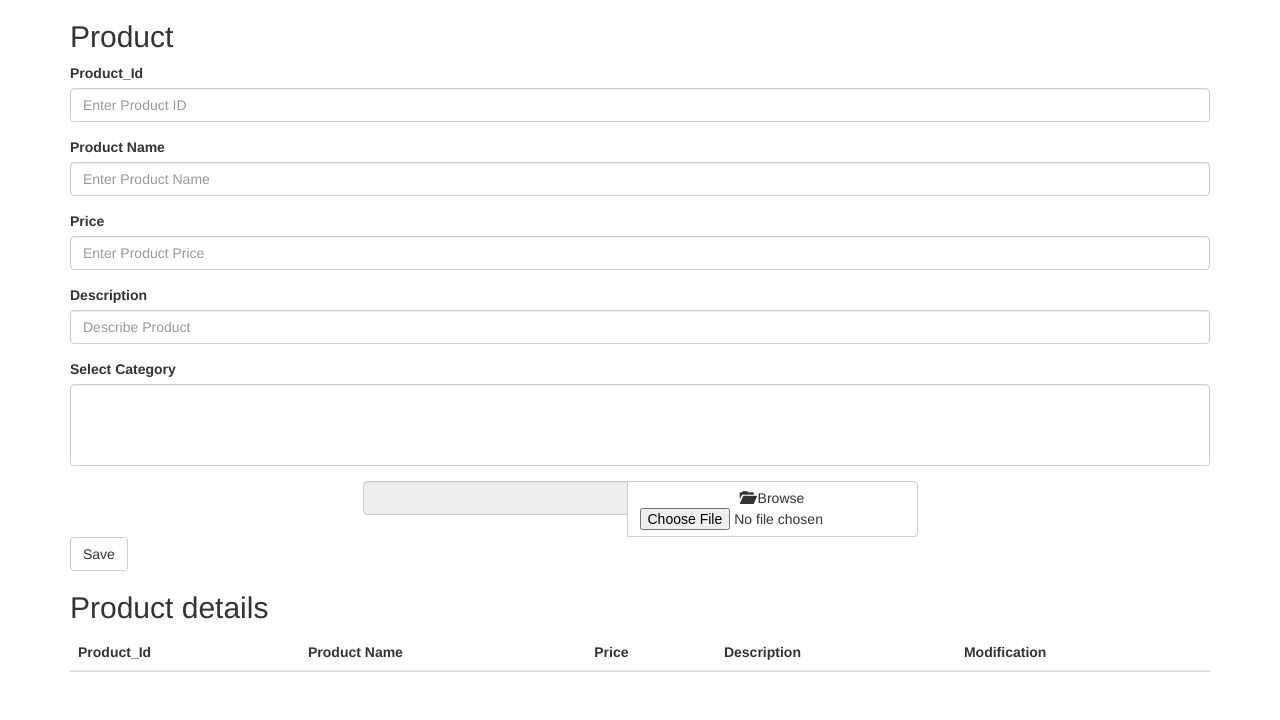
Repository: ashutosh238/S180403_404Shoppingcart
Page: http://localhost/ShoppingCartFrontEnd/WEB-INF/page/admin/product.jsp
An editor plug-in stored every save of this project. The page is shown before and after the next save, followed by the edit.
The browser window is 1280 px wide. The pictures show the whole page.
The page is served by Tomcat 9. Nobody is signed in. Other server files are loaded and not shown. The template is opened directly, without the code that normally fills it, so the values that code supplies are empty.

Above is the page before, as saved 2018-05-25 08:40:46.

### ShoppingCartFrontEnd/src/main/webapp/WEB-INF/page/admin/product.jsp
<%@ page language="java" contentType="text/html; charset=ISO-8859-1"
    pageEncoding="ISO-8859-1"%>
<!DOCTYPE html PUBLIC "-//W3C//DTD HTML 4.01 Transitional//EN" "http://www.w3.org/TR/html4/loose.dtd">
<html>
<head>
<%@ taglib uri="http://java.sun.com/jsp/jstl/core" prefix="c"%>
 <title>Bootstrap Example</title>

  <meta name="viewport" content="width=device-width, initial-scale=1">
  <link rel="stylesheet" href="https://maxcdn.bootstrapcdn.com/bootstrap/3.3.7/css/bootstrap.min.css">
  <script src="https://ajax.googleapis.com/ajax/libs/jquery/3.3.1/jquery.min.js"></script>
  <script src="https://maxcdn.bootstrapcdn.com/bootstrap/3.3.7/js/bootstrap.min.js"></script>
</head>
<body>
<!-- create a form to save product -->


<div class="container">
  <h2>Product</h2>
  <form action="product/save" method="post">
    <div class="form-group">
      <label for="pid">Product_Id</label>
      <input type="text" class="form-control" id="pid" placeholder="Enter Product ID" name="id">
    </div>
    <div class="form-group">
      <label for="pname">Product Name</label>
      <input type="text" class="form-control" id="pname" placeholder="Enter Product Name" name="name">
    </div>
    <div class="form-group">
      <label for="price">Price</label>
      <input type="text" class="form-control" id="price" placeholder="Enter Product Price" name="price">
    </div>
    <div class="form-group">
      <label for="des">Description</label>
      <input type="text" class="form-control" id="des" placeholder="Describe Product" name="description">
    </div>
    <div class="form-group">
    <label for="category">Select Category</label>
    <select multiple class="form-control" id="category" name="cateoryName">
      <c:forEach var="category" items="${categories}">
<option value="${category.name}">${category.name}  </option>
</c:forEach>

    </select>
  </div>

    <div class="row">
        <div class="col-xs-12 col-md-6 col-md-offset-3 col-sm-8 col-sm-offset-2">
            <!-- image-preview-filename input [CUT FROM HERE]-->
            <div class="input-group image-preview">
                <input type="text" class="form-control image-preview-filename" disabled="disabled"> <!-- don't give a name === doesn't send on POST/GET -->
                <span class="input-group-btn">
                    <!-- image-preview-clear button -->
                    <button type="button" class="btn btn-default image-preview-clear" style="display:none;">
                        <span class="glyphicon glyphicon-remove"></span> Clear
                    </button>
                    <!-- image-preview-input -->
                    <div class="btn btn-default image-preview-input">
                        <span class="glyphicon glyphicon-folder-open"></span>
                        <span class="image-preview-input-title">Browse</span>
                        <input type="file" accept="image/png, image/jpeg, image/gif" name="input-file-preview"/> <!-- rename it -->
                    </div>
                </span>
            </div><!-- /input-group image-preview [TO HERE]-->
        </div>
    </div>


    <button type="submit" class="btn btn-default">Save</button>
  </form>
</div>

<div class="container">
  <h2>Product details</h2>
  <table class="table">
    <thead>
      <tr>
        <th>Product_Id</th>
        <th>Product Name</th>
        <th>Price</th>
        <th>Description</th>
        <th>Modification</th>
      </tr>
    </thead>
    <tbody>
    <c:forEach var="p" items="${products}" >
      <tr>

<td>${p.id}</td>
<td>${p.name}</td>
<td>${p.description}</td>
<td>${p.price}</td>
<td>
<a href="product/delete?id=${p.id}">Delete</a> <a href="product/edit?id=${p.id}"> | Edit</a>

   </td>


 </tr>


</c:forEach>

    </tbody>
  </table>
</div>





</body>
</html>

After the next save:
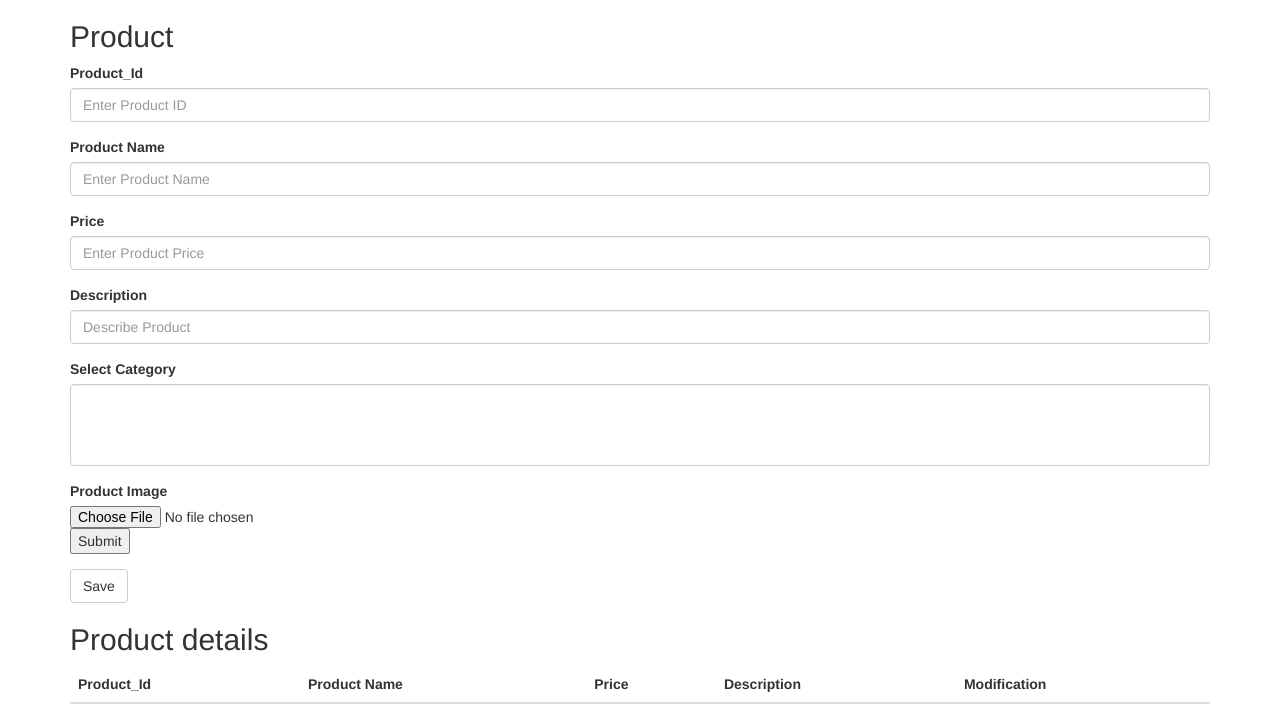
Saved 57 s later.
--- a/ShoppingCartFrontEnd/src/main/webapp/WEB-INF/page/admin/product.jsp
+++ b/ShoppingCartFrontEnd/src/main/webapp/WEB-INF/page/admin/product.jsp
@@ -43,27 +43,11 @@
 
     </select>
   </div>
-
-    <div class="row">
-        <div class="col-xs-12 col-md-6 col-md-offset-3 col-sm-8 col-sm-offset-2">
-            <!-- image-preview-filename input [CUT FROM HERE]-->
-            <div class="input-group image-preview">
-                <input type="text" class="form-control image-preview-filename" disabled="disabled"> <!-- don't give a name === doesn't send on POST/GET -->
-                <span class="input-group-btn">
-                    <!-- image-preview-clear button -->
-                    <button type="button" class="btn btn-default image-preview-clear" style="display:none;">
-                        <span class="glyphicon glyphicon-remove"></span> Clear
-                    </button>
-                    <!-- image-preview-input -->
-                    <div class="btn btn-default image-preview-input">
-                        <span class="glyphicon glyphicon-folder-open"></span>
-                        <span class="image-preview-input-title">Browse</span>
-                        <input type="file" accept="image/png, image/jpeg, image/gif" name="input-file-preview"/> <!-- rename it -->
-                    </div>
-                </span>
-            </div><!-- /input-group image-preview [TO HERE]-->
-        </div>
-    </div>
+  <div class="form-group">
+    <label for="productImg">Product Image</label>
+   <input type="file" name="pic" accept="image/*">
+  <input type="submit">
+  </div>
 
 
     <button type="submit" class="btn btn-default">Save</button>
